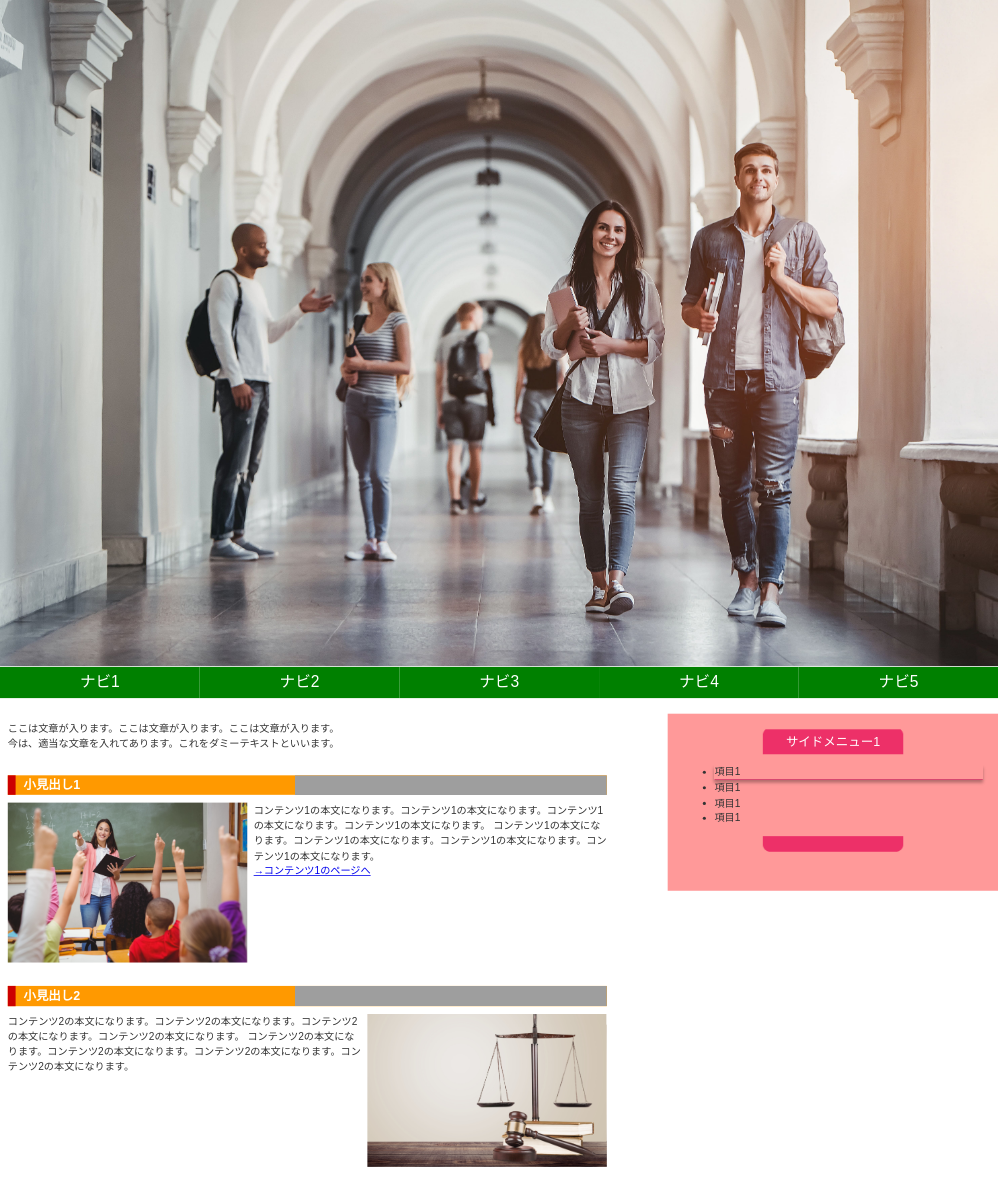
Repository: saekato/HTML
Page: home.html
The author's editor kept a record of every edit. The page is drawn from the files as they stood at one moment, then again after the next edit.
The browser window is 1280 px wide. The pictures show the whole page, at 78% of full size.
The pointer rests on the first visible `#side .box .boxbody ul li`.
Pictures or frames that could not be fetched are drawn as grey boxes.

Above is the page before.

After the next edit:
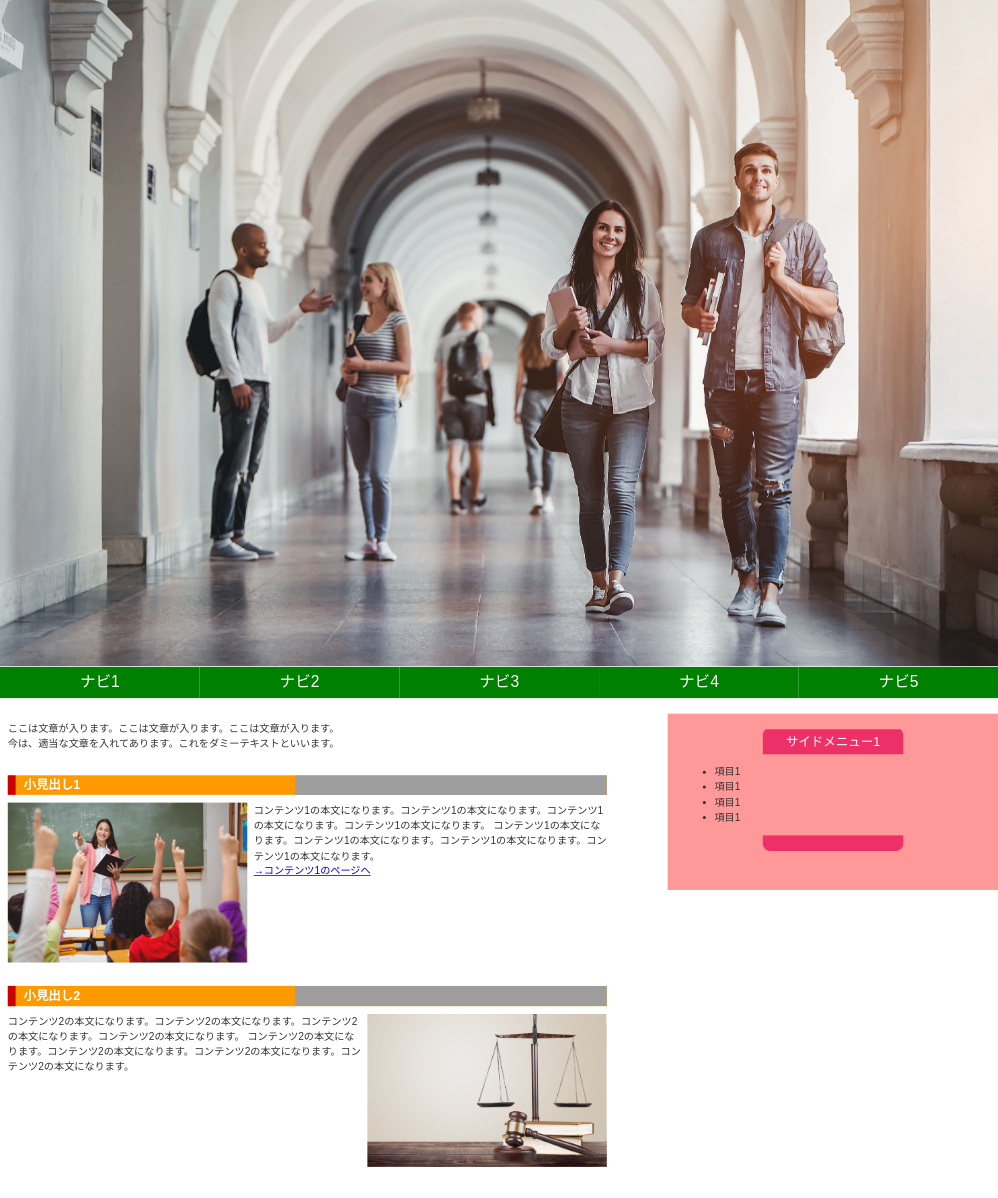
The edit:
--- a/stylesheet.css
+++ b/stylesheet.css
@@ -173,8 +173,8 @@
     border-bottom: solid 1px #C36;
 }
 
-#side .box .boxbody ul li:hover {
-    padding: 8px 0 8px 4px
+#side .box .boxBody ul li:hover {
+    padding: 8px 0 8px 4px;
     list-style: none;
     border-bottom: solid 1px #C36;
     box-shadow: 0px 4px 4px rgba(0, 0, 0, 0.3);
